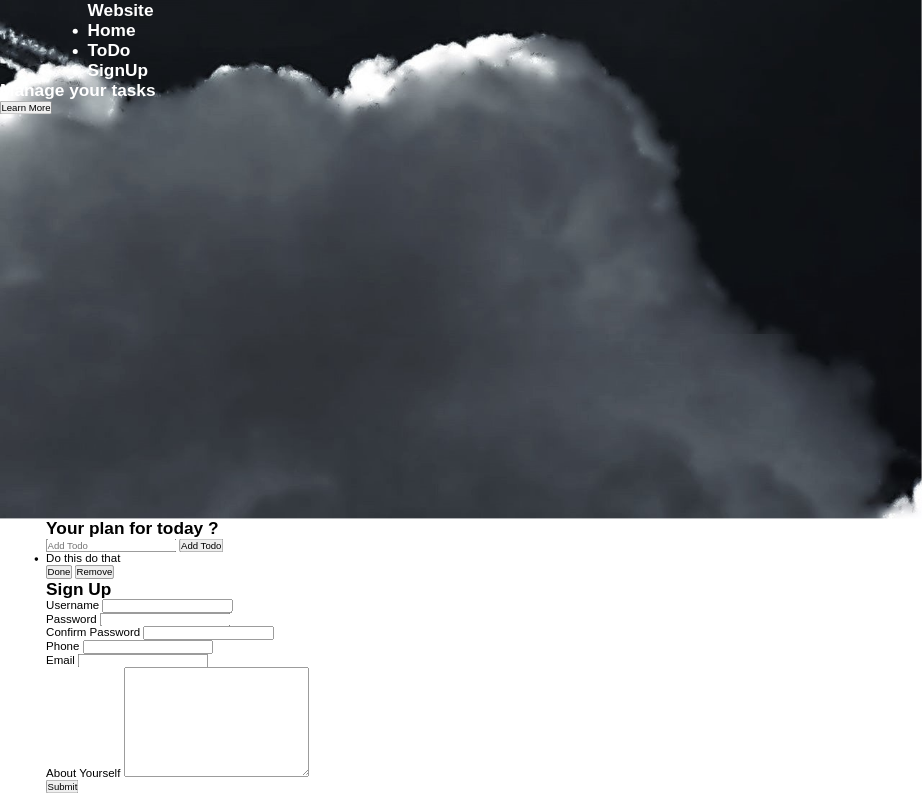
Repository: codewithfaizan/JavaScriptSelf
Page: 27.08.2022/index.html
The author's editor kept a copy of each file at every save. The page is drawn from the files as they stood at one save, then again after a run of saves.
The browser window is 1280 px wide. The pictures show the whole page, at 72% of full size.

Above is the page before, as saved 2022-08-27 16:58:16.

### 27.08.2022/index.html
<!-- Creating html page -->
<!DOCTYPE html>
<html lang="en">
<head>
    <meta charset="UTF-8">
    <meta http-equiv="X-UA-Compatible" content="IE=edge">
    <meta name="viewport" content="width=device-width, initial-scale=1.0">
    <title>Website</title>
    <link rel="stylesheet" href="style.css">
</head>
<body>
    <header class="header">
        <nav class="nav container">
            <div class="container">
                <h1 class="logo">Website</h1class>
                <ul>
                    <li><a href="#">Home</a></li>
                    <li><a href="#">ToDo</a></li>
                    <li><a href="#">SignUp</a></li>
                </ul>
            </div>
        </nav>
        <div class="headline">
            <h2 id="main-heading">
              Manage your tasks <span style="display: none">Hello</span>
            </h2>
            <button class="btn btn-headline">Learn More</button>
          </div>
    </header>
    <section class="section-todo container">
        <h2>Your plan for today ?</h2>

        <form class="form-todo">
          <input type="text" name="" id="" placeholder="Add Todo" />
          <input type="submit" value="Add Todo" class="btn" />
        </form>

        <ul class="todo-list">
            <li>
              <span class="text">Do this do that</span>
              <div class="todo-buttons">
                <button class="todo-btn done">Done</button>
                <button class="todo-btn remove">Remove</button>
              </div>
            </li>
          </ul>
        </section>

        <section class="section-signup container">
            <h2>Sign Up</h2>
            <form class="signup-form">
              <div class="form-group">
                <label for="username">Username</label>
                <input type="text" name="username" id="username" />
              </div>
              <div class="form-group">
                <label for="password">Password</label>
                <input type="password" name="password" id="password" />
              </div>
              <div class="form-group">
                <label for="confirmPassword">Confirm Password</label>
                <input type="password" name="confirmPassword" id="confirmPassword" />
              </div>
              <div class="form-group">
                <label for="phone">Phone</label>
                <input type="text" name="phone" id="phone" />
              </div>
              <div class="form-group">
                <label for="email">Email</label>
                <input type="email" name="email" id="email" />
              </div>
              <div class="form-group">
                <label for="about">About Yourself</label>
                <textarea name="about" id="about" cols="30" rows="10"></textarea>
              </div>
              <button type="submit" class="btn signup-btn">Submit</button>
            </form>
          </section>
</body>
</html>

### 27.08.2022/style.css
*{
    box-sizing: border-box;
    padding:0;
    margin: 0;
}

body {
    font-family:Arial, Helvetica, sans-serif;
}

a{
    text-decoration: none;
    color:white
}
.header{
   min-height: 100vh;  /* <--!vh means viewport height--> */
    background-image: url(./pexels-sevenstorm-juhaszimrus-1302330.jpg);
    background-position: center;
    background-repeat: no-repeat;
    color: white;
}

.container{
    max-width: 1200px;
    margin: auto;
    width: 90%;
}

.nav{
    min-height: 8vh;
    display: flex;
    justify-content: space-between;
}

After the next 2 saves:
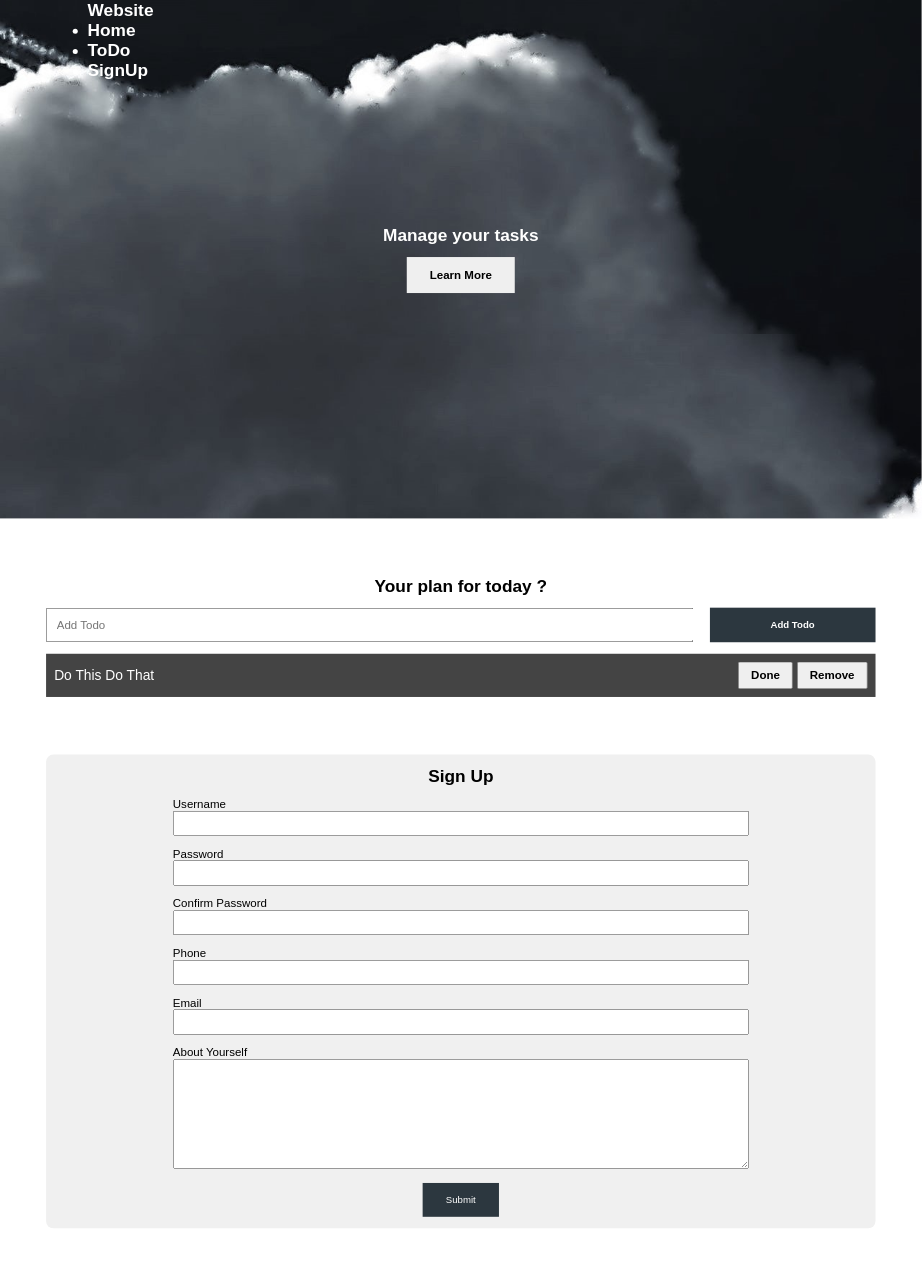
The 2 saves are shown as one change because they came seconds apart.
The last was saved 67 s later.
--- a/27.08.2022/style.css
+++ b/27.08.2022/style.css
@@ -25,9 +25,124 @@ a{
     margin: auto;
     width: 90%;
 }
-
-.nav{
+.nav {
     min-height: 8vh;
     display: flex;
     justify-content: space-between;
-}
+    align-items: center;
+  }
+
+  .nav-items {
+    width: 40%;
+    display: flex;
+    list-style-type: none;
+    justify-content: space-between;
+  }
+  .headline {
+    text-align: center;
+    position: absolute;
+    top: 50%;
+    left: 50%;
+    transform: translate(-50%, -50%);
+  }
+
+  .btn {
+    display: inline-block;
+    outline: none;
+    border: none;
+    cursor: pointer;
+  }
+
+  .btn-headline {
+    padding: 1rem 2rem;
+    font-size: 1rem;
+    margin-top: 1rem;
+    font-weight: 600;
+  }
+
+  .section-todo {
+    margin-top: 5rem;
+    text-align: center;
+  }
+
+  .form-todo {
+    min-height: 5vh;
+    display: flex;
+    justify-content: space-between;
+    margin-top: 1rem;
+  }
+
+  .form-todo input {
+    min-height: 100%;
+  }
+  .form-todo input[type="text"] {
+    width: 78%;
+    padding: 0.8rem;
+    font-size: 1rem;
+    font-weight: 400;
+  }
+  .form-todo input[type="submit"] {
+    width: 20%;
+    background: rgb(44, 55, 63);
+    color: white;
+    font-weight: bold;
+  }
+  .todo-list {
+    text-align: left;
+    font-size: 1.2rem;
+    list-style-type: none;
+  }
+  .todo-list li {
+    padding: 0.7rem;
+    background: #444;
+    color: white;
+    margin-top: 1rem;
+    text-transform: capitalize;
+    display: flex;
+    justify-content: space-between;
+    align-items: center;
+  }
+  .todo-btn {
+    /* min-height: 100%; */
+    padding: 0.5rem 1rem;
+    font-size: 1rem;
+    font-weight: bold;
+    cursor: pointer;
+  }
+  .section-signup {
+    margin: 5rem auto;
+    text-align: center;
+    background: rgb(240, 240, 240);
+    border-radius: 10px;
+    padding: 1rem;
+  }
+
+  .signup-form {
+    max-width: 800px;
+    width: 95%;
+    text-align: left;
+    margin: auto;
+  }
+  .signup-form label {
+    display: block;
+  }
+
+  .signup-form input {
+    display: block;
+    width: 100%;
+    padding: 0.5rem;
+  }
+  .form-group {
+    margin-top: 1rem;
+  }
+  .signup-form textarea {
+    width: 100%;
+  }
+  .signup-btn {
+    background: rgb(44, 55, 63);
+    color: white;
+    padding: 1rem 2rem;
+    display: block;
+    margin: auto;
+    margin-top: 1rem;
+  }
